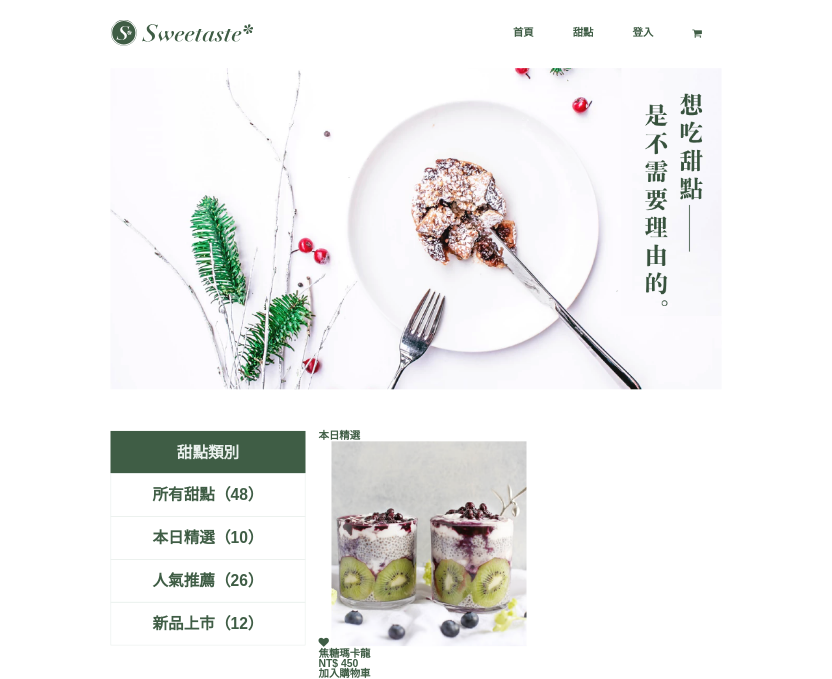
Repository: michelle61219/Sweets
Page: index.html
The author's editor kept a copy of each file at every save. The page is drawn from the files as they stood at one save, then again after the next save.
The browser window is 1280 px wide. The pictures show the whole page, at 65% of full size.

Above is the page before, as saved 2021-06-13 14:39:27.

After the next save:
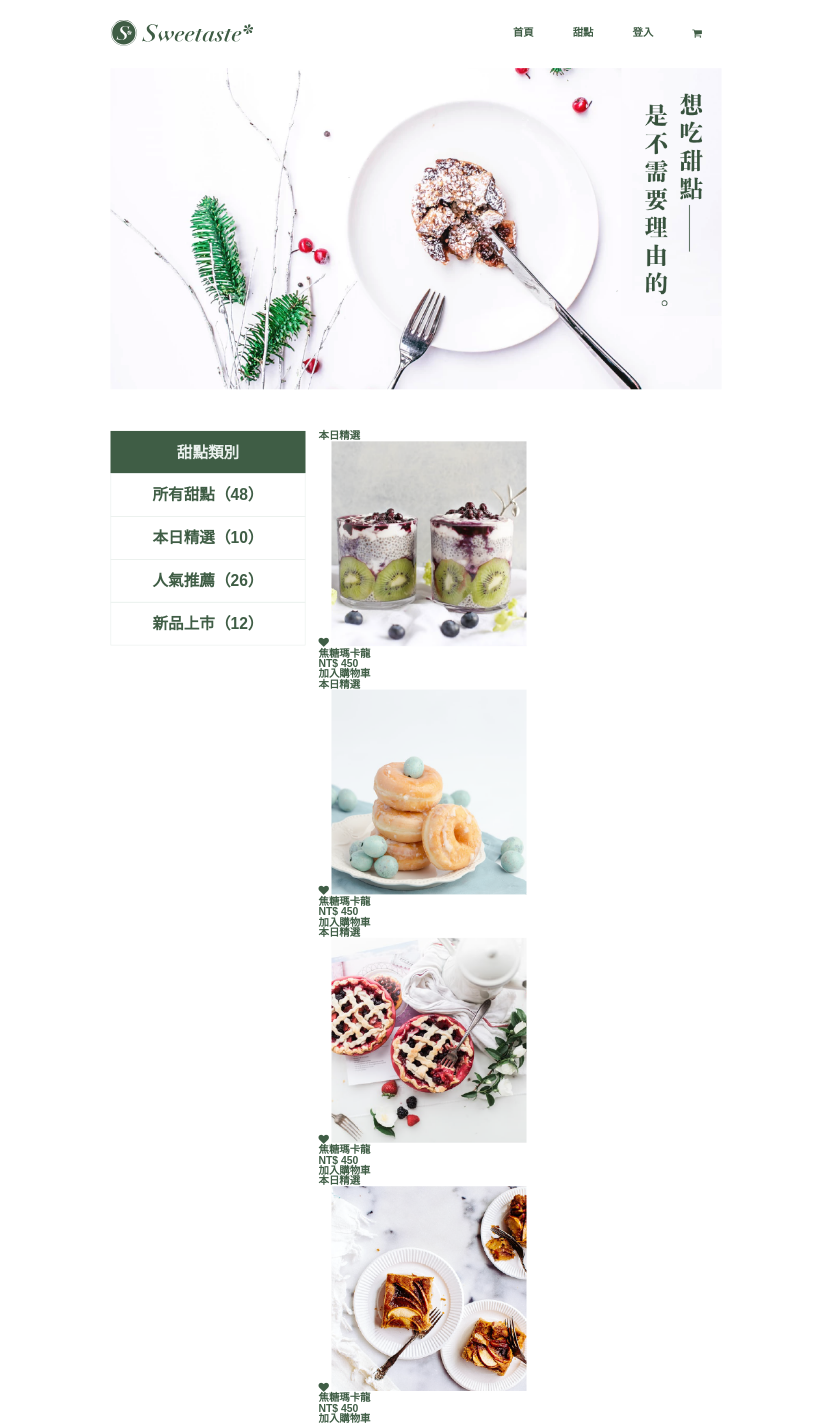
Saved 34 min 29 s later.
--- a/index.html
+++ b/index.html
@@ -62,6 +62,36 @@
 						</div>
 						<a href="#" class="cart">加入購物車</a>
 					</li>
+					<li>
+						<div class="tag">本日精選</div>
+						<i class="fa fa-heart heart"></i>
+						<img src="images/p-2.png" alt="p1" />
+						<div class="productList-card-body">
+							<h2>焦糖瑪卡龍</h2>
+							<span>NT$ 450</span>
+						</div>
+						<a href="#" class="cart">加入購物車</a>
+					</li>
+					<li>
+						<div class="tag">本日精選</div>
+						<i class="fa fa-heart heart"></i>
+						<img src="images/p-3.png" alt="p1" />
+						<div class="productList-card-body">
+							<h2>焦糖瑪卡龍</h2>
+							<span>NT$ 450</span>
+						</div>
+						<a href="#" class="cart">加入購物車</a>
+					</li>
+					<li>
+						<div class="tag">本日精選</div>
+						<i class="fa fa-heart heart"></i>
+						<img src="images/p-4.png" alt="p1" />
+						<div class="productList-card-body">
+							<h2>焦糖瑪卡龍</h2>
+							<span>NT$ 450</span>
+						</div>
+						<a href="#" class="cart">加入購物車</a>
+					</li>
 				</ul>
 			</div>
 		</div>
